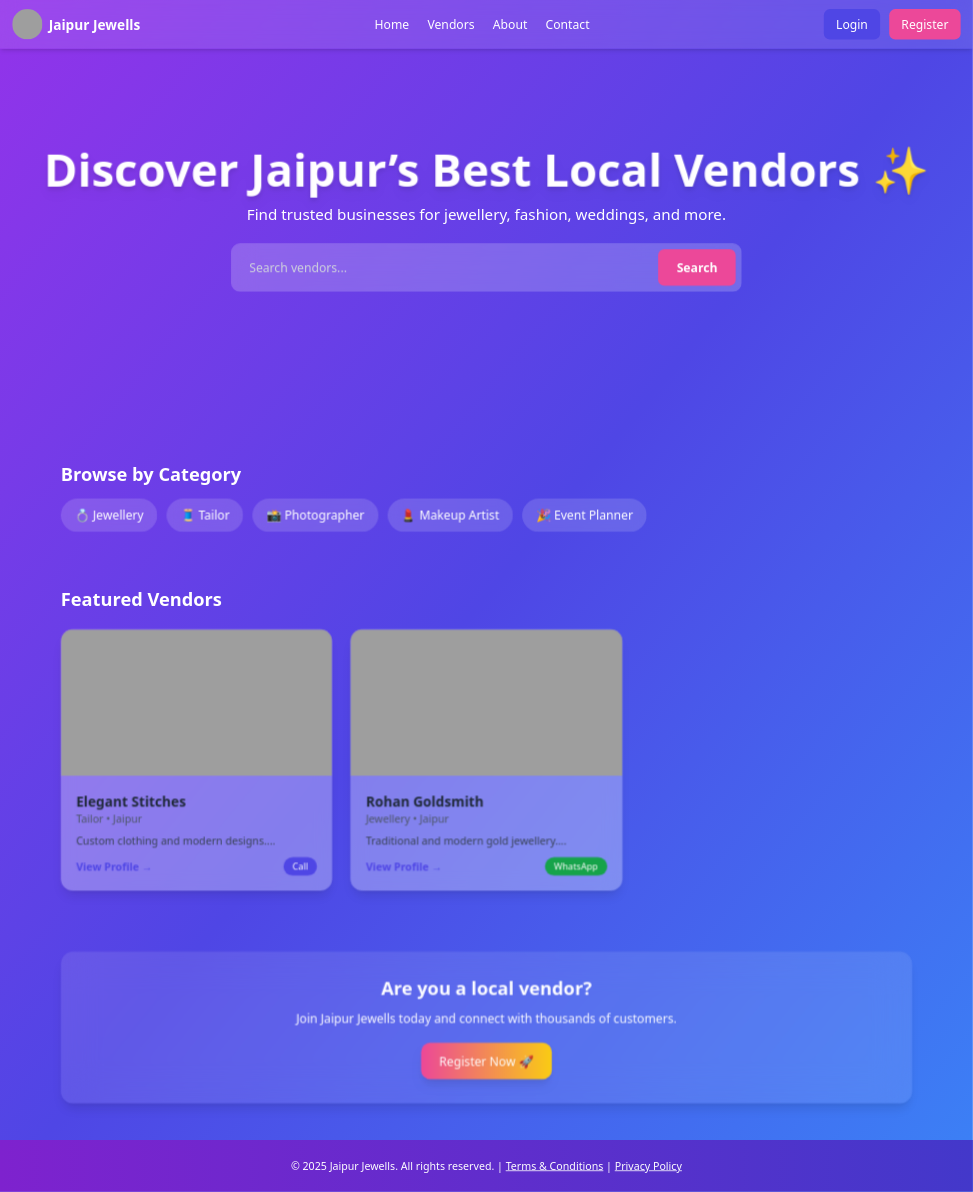
Repository: aayushtailor/VendorConnect
Page: index.html
An editor plug-in stored every save of this project. The page is shown before and after the next save, followed by the edit.
The browser window is 1280 px wide. The pictures show the whole page, at 76% of full size.
Pictures or frames that could not be fetched are drawn as grey boxes. Some web libraries are served in a nearby version.

Above is the page before, as saved 2025-09-20 12:00:03.
Console error: TypeError: Cannot set properties of null (setting 'onclick')

After the next save:
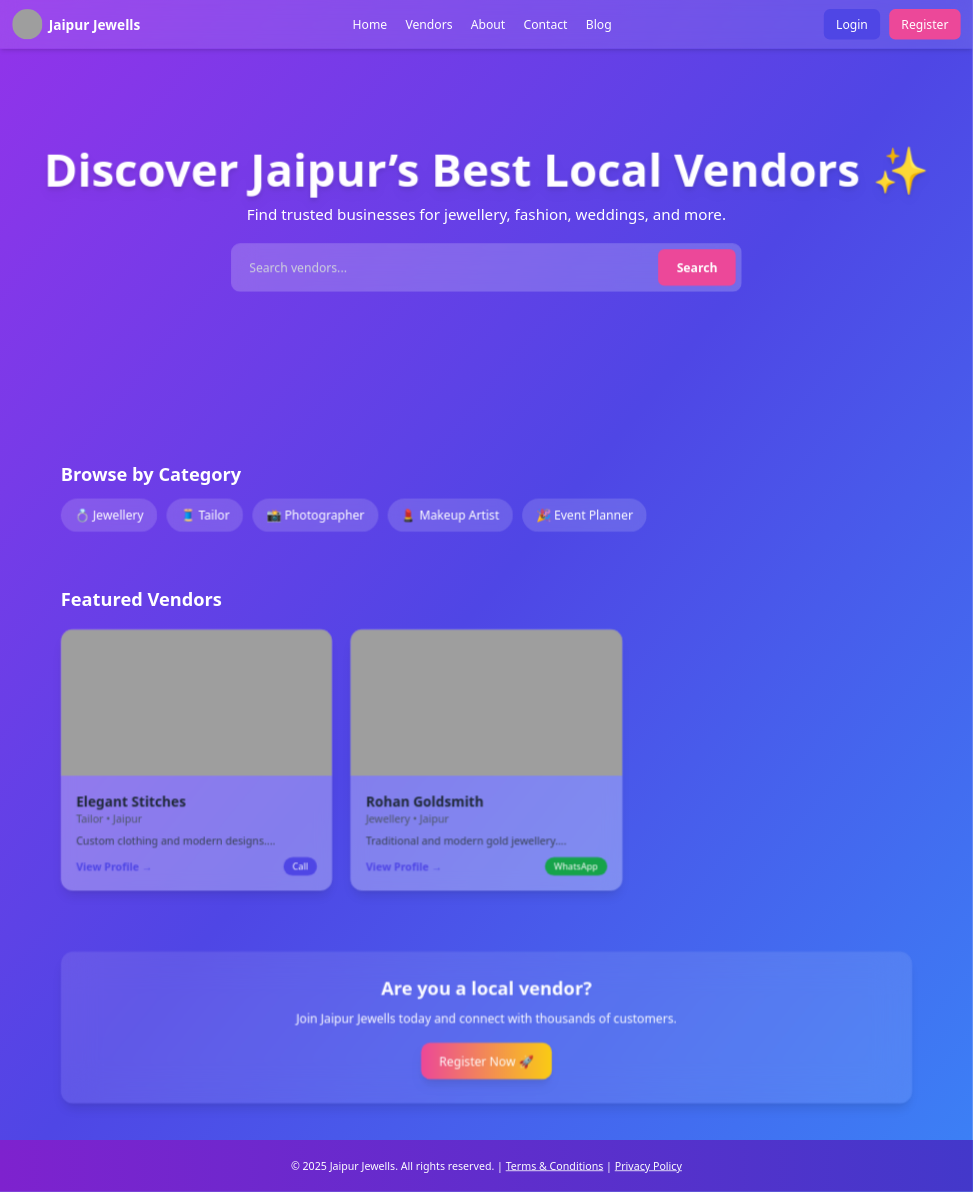
Saved 105 s later.
--- a/index.html
+++ b/index.html
@@ -12,6 +12,7 @@
 <body class="bg-gradient-to-br from-purple-600 via-indigo-600 to-blue-500 text-white">
 
  <!-- Navbar -->
+<!-- Navbar -->
 <nav class="fixed top-0 left-0 w-full z-50 bg-white/10 backdrop-blur-md shadow-md">
   <div class="max-w-7xl mx-auto px-4 py-3 flex justify-between items-center">
     <!-- Logo -->
@@ -23,16 +24,17 @@
     <!-- Desktop Links -->
     <div class="hidden md:flex items-center gap-6 text-white font-medium">
       <a href="index.html" class="hover:text-pink-300">Home</a>
-      <a href="#vendorsGrid" class="hover:text-pink-300">Vendors</a>
+      <a href="index.html#vendorsGrid" class="hover:text-pink-300">Vendors</a>
       <a href="about.html" class="hover:text-pink-300">About</a>
       <a href="contact.html" class="hover:text-pink-300">Contact</a>
+      <a href="blog.html" class="hover:text-pink-300">Blog</a>
     </div>
 
     <!-- CTA -->
     <div class="flex items-center gap-3">
       <a href="login.html" class="hidden md:block px-4 py-2 bg-indigo-600 text-white rounded-lg hover:bg-indigo-700">Login</a>
       <a href="register.html" class="hidden md:block px-4 py-2 bg-pink-500 text-white rounded-lg hover:bg-pink-600">Register</a>
-      <!-- Hamburger -->
+      <!-- Hamburger for Mobile -->
       <button id="menuBtn" class="md:hidden flex flex-col gap-1">
         <span class="w-6 h-0.5 bg-white"></span>
         <span class="w-6 h-0.5 bg-white"></span>
@@ -41,6 +43,21 @@
     </div>
   </div>
 </nav>
+
+<!-- Mobile Menu -->
+<div id="mobileMenu" class="fixed inset-0 bg-black/70 backdrop-blur-md z-40 hidden">
+  <div class="absolute top-0 right-0 w-64 h-full bg-white/90 text-gray-900 shadow-lg p-6 flex flex-col">
+    <button id="closeMenu" class="self-end mb-6 text-2xl font-bold text-gray-700">&times;</button>
+    <a href="index.html" class="mb-4 text-lg font-semibold hover:text-pink-500">Home</a>
+    <a href="index.html#vendorsGrid" class="mb-4 text-lg font-semibold hover:text-pink-500">Vendors</a>
+    <a href="about.html" class="mb-4 text-lg font-semibold hover:text-pink-500">About</a>
+    <a href="contact.html" class="mb-4 text-lg font-semibold hover:text-pink-500">Contact</a>
+    <a href="blog.html" class="mb-6 text-lg font-semibold hover:text-pink-500">Blog</a>
+    <a href="login.html" class="mb-3 px-4 py-2 bg-indigo-600 text-white rounded-lg text-center hover:bg-indigo-700">Login</a>
+    <a href="register.html" class="px-4 py-2 bg-pink-500 text-white rounded-lg text-center hover:bg-pink-600">Register</a>
+  </div>
+</div>
+
 
 <!-- Mobile Menu -->
 <div id="mobileMenu" class="fixed inset-0 bg-black/70 backdrop-blur-md z-40 hidden">
